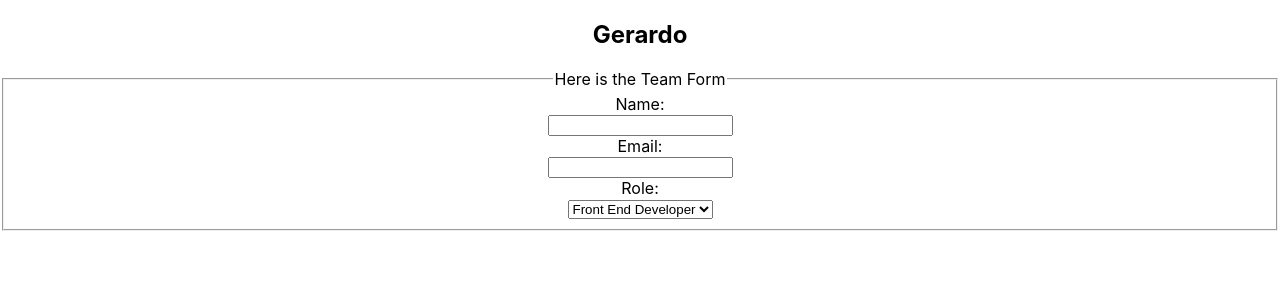
Repository: geedtd/team-builder
Page: /
These files come from the project's save history. The page is drawn as it stood at one moment and after the next save; the edit follows.
The browser window is 1280 px wide. The pictures show the whole page.
The project was rebuilt for these pictures with package versions that can differ from the ones it lists, and the page was loaded fresh each time.

Above is the page before, as saved 2020-01-24 14:29:25.

After the next save:
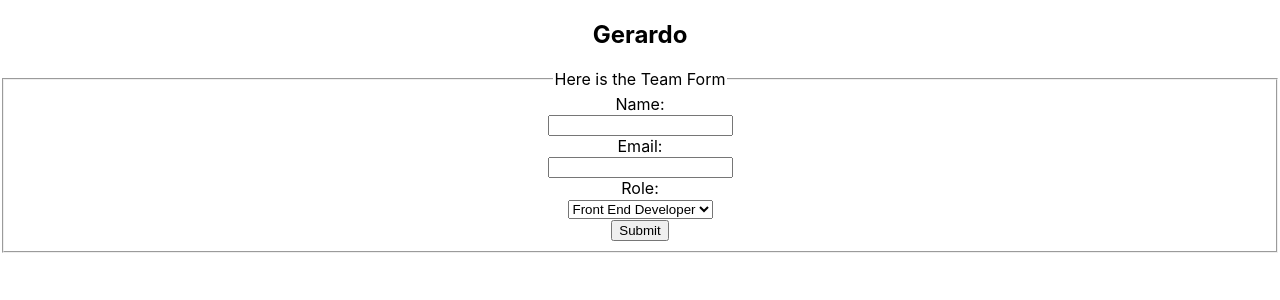
Saved 69 s later.
--- a/src/Form.js
+++ b/src/Form.js
@@ -40,7 +40,7 @@ function Form() {
                             </select>
                         </div>
                     </label>
-
+                    <button type="submit">Submit</button>
                 </div>
             </fieldset>
         </form>
